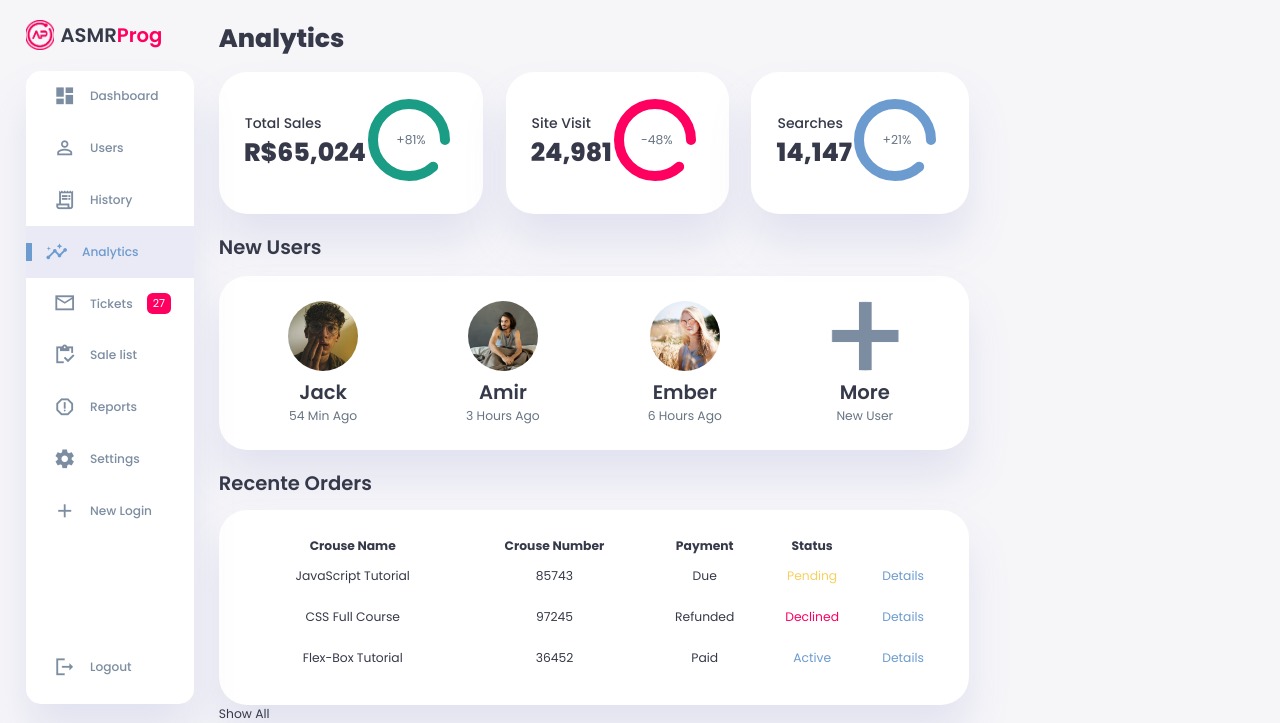
Repository: pheonix5/ProjetosRN-linux
Page: DashBoard/index.html
An editor plug-in stored every save of this project. The page is shown before and after the next save, followed by the edit.
The browser window is 1280 px wide. The pictures show the whole page.

Above is the page before, as saved 2023-08-06 02:32:59.

After the next save:
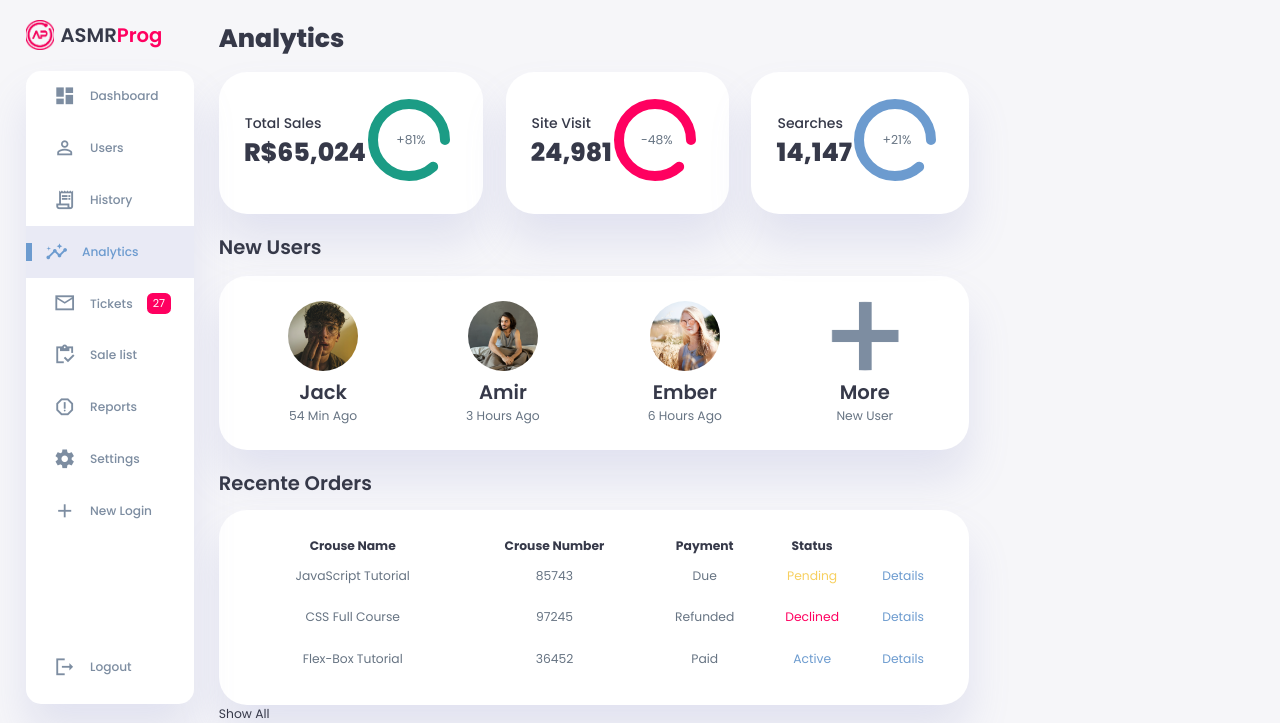
Saved 44 s later.
--- a/DashBoard/style.css
+++ b/DashBoard/style.css
@@ -364,4 +364,9 @@ main .recent-orders table:hover{
 main table tbody td{
   height: 2.8rem;
   border-bottom: 1px solid var(--color-white);
-}
+  color: var(--color-dark-variant);
+}
+
+main table tbody tr:last-child td{
+  border: none;
+}
